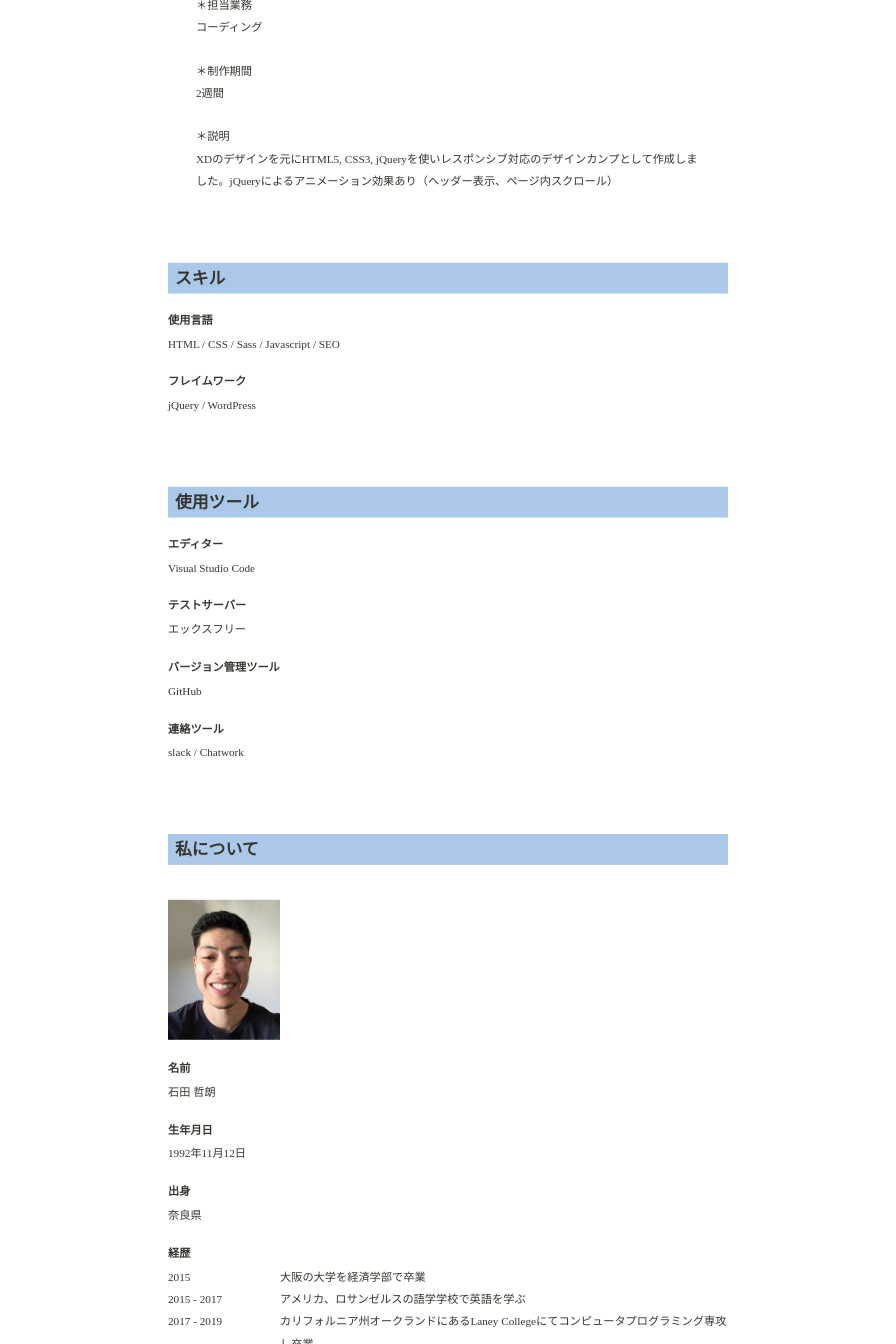
Repository: tetishi/my-portfolio
Page: index.html
These files come from the project's save history. The page is drawn as it stood at one moment and after the next save; the edit follows.
The browser window is 1280 px wide. The pictures show the part of the page from y = 4239 to 6159 px (the page is 6453 px tall before and 6485 px after), at 70% of full size.
The style sheet was rebuilt from its Sass, Less or Tailwind sources for each picture, by a compiler version that may differ from the author's.

Above is the page before, as saved 2023-08-06 15:39:00.

### index.html
<!DOCTYPE html>
<html lang="ja">

<head>
    <meta name="robots" content="noindex">
    <meta charset="UTF-8">
    <meta name="viewport" content="width=device-width, initial-scale=1.0">
    <meta http-equiv="X-UA-Compatible" content="ie=edge">
    <meta property="og:title" content="石田哲朗のポートフォリオ" />
    <meta property="og:type" content="website" />
    <meta property="og:url" content="#" />
    <meta property="og:image" content="#" />
    <meta property="og:site_name" content="ポートフォリオ" />
    <meta property="og:description" content="石田哲朗のポートフォリオです。過去の作品、スキル、使用ツール、自己紹介を掲載しております。" />
    <title>石田哲朗のポートフォリオ</title>
    <link rel="stylesheet" href="reset.css">
    <link rel="stylesheet" href="style.css">
    <link rel="icon" href="img/favicon.ico">
</head>

<body>
    <header>

    </header>

    <main>

        <section>
            <!-- ここ記入 -->
            <h1>ポートフォリオ<br class="d-none">（石田 哲朗）</h1>
            <p>お忙しい中 ご覧頂きありがとうございます。</p>
            <p>以下、過去の作品でございます。</p>
            <!-- ここ記入 -->
            <!-- <p>ベーシック認証がかかっているものは<br>ID aaa<br>パスワード aaa<br> です。</p> -->
        </section>
        <section>

            <h2>過去の作品</h2>
            <h3 class="sub-tit">LP作成</h3>

            <!-- １作品目 -->
            <div class="work">
                <!-- サイトのイメージ写真を入れます -->
                <picture>
                    <source srcset="img/munchkin.webp" type="image/webp">
                    <img src="img/munchkin.png">
                </picture>
                <!-- ここ記入 -->
                <p class="work_tit">MUNCHKIN</p>
                <!-- ここ記入 -->
                <p class="work_link"><a target="_blank" rel="noopener noreferrer" href="https://tetishi.github.io/munchkin2/">MUNCHKINへのリンク</a></p>
                <p class="details">＊担当業務</p>
                <p>コーディング</p>
                <p class="details">＊制作期間</p>
                <!-- ここ記入 -->
                <p>1週間</p>
                <p class="details">＊説明</p>
                <!-- ここ記入 -->
                <p>XDのデザインを元にHTML5, CSS3, jQueryを使いレスポンシブ対応のデザインカンプとして作成しました。jQueryによるアニメーション効果あり（ハンバーガーメニュー、スクロールボタン）</p>
            </div>

            <!-- 　２作品目 -->
            <div class="work">
                <!-- サイトのイメージ写真を入れます -->
                <picture>
                    <source srcset="img/start.webp" type="image/webp">
                    <img src="img/start.png">
                </picture>
                <!-- ここ記入 -->
                <p class="work_tit">START</p>
                <!-- ここ記入 -->
                <p class="work_link"><a target="_blank" rel="noopener noreferrer" href="https://tetishi.github.io/">STARTへのリンク</a></p>
                <p class="details">＊担当業務</p>
                <p>コーディング</p>
                <p class="details">＊制作期間</p>
                <!-- ここ記入 -->
                <p>1週間</p>
                <p class="details">＊説明</p>
                <!-- ここ記入 -->
                <p>XDのデザインを元にHTML5, CSS3, jQueryを使いレスポンシブ対応のデザインカンプとして作成しました。jQueryによるアニメーション効果あり（ハンバーガーメニュー）</p>
            </div>

            <!-- 　3作品目 -->
            <div class="work">
                <!-- サイトのイメージ写真を入れます -->
                <picture>
                    <source srcset="img/wdc.webp" type="image/webp">
                    <img src="img/wdc.png">
                </picture>
                <!-- ここ記入 -->
                <p class="work_tit">WDC</p>
                <!-- ここ記入 -->
                <p class="work_link"><a target="_blank" rel="noopener noreferrer" href="https://tetishi.github.io/wdc/">WDCへのリンク</a></p>
                <p class="details">＊担当業務</p>
                <p>コーディング</p>
                <p class="details">＊制作期間</p>
                <!-- ここ記入 -->
                <p>2週間</p>
                <p class="details">＊説明</p>
                <!-- ここ記入 -->
                <p>XDのデザインを元にHTML5, CSS3, jQueryを使いレスポンシブ対応のデザインカンプとして作成しました。jQueryによるアニメーション効果あり（ページ内スクロールボタン、トップに戻るボタン）</p>
            </div>

            <!-- 　4作品目 -->
            <div class="work">
                <!-- サイトのイメージ写真を入れます -->
                <picture>
                    <source srcset="img/cresta-design.webp" type="image/webp">
                    <img src="img/cresta-design.png">
                </picture>
                <!-- ここ記入 -->
                <p class="work_tit">Cresta Design</p>
                <!-- ここ記入 -->
                <p class="work_link"><a target="_blank" rel="noopener noreferrer" href="https://tetishi.github.io/cresta-design/">Cresta Designへのリンク</a></p>
                <p class="details">＊担当業務</p>
                <p>コーディング</p>
                <p class="details">＊制作期間</p>
                <!-- ここ記入 -->
                <p>2週間</p>
                <p class="details">＊説明</p>
                <!-- ここ記入 -->
                <p>XDのデザインを元にHTML5, CSS3, jQueryを使いレスポンシブ対応のデザインカンプとして作成しました。jQueryによるアニメーション効果あり（ハンバーガーメニュー、ページ内スクロールボタン）</p>
            </div>

            <!-- 　5作品目 -->
            <div class="work">
                <!-- サイトのイメージ写真を入れます -->
                <picture>
                    <source srcset="img/cresta-design.webp" type="image/webp">
                    <img src="img/cresta-design.png">
                </picture>
                <!-- ここ記入 -->
                <p class="work_tit">ENGBODY</p>
                <!-- ここ記入 -->
                <p class="work_link"><a target="_blank" rel="noopener noreferrer" href="https://tetishi.github.io/cresta-design/">ENGBODYへのリンク</a></p>
                <p class="details">＊担当業務</p>
                <p>コーディング</p>
                <p class="details">＊制作期間</p>
                <!-- ここ記入 -->
                <p>2週間</p>
                <p class="details">＊説明</p>
                <!-- ここ記入 -->
                <p>XDのデザインを元にHTML5, CSS3, jQueryを使いレスポンシブ対応のデザインカンプとして作成しました。jQueryによるアニメーション効果あり（ヘッダー表示、ページ内スクロール）</p>
            </div>



            <!-- <h3 class="sub-tit">コーポレイトサイト作成</h3> -->
            <!-- <div class="work"> -->
                <!-- サイトのイメージ写真を入れます -->
                <!-- <picture>
                    <source srcset="img/#" type="image/webp">
                    <img src="img/#">
                </picture> -->
                <!-- ここ記入 -->
                <!-- <p class="work_tit">ここに作品のタイトルを入れます</p> -->
                <!-- ここ記入 -->
                <!-- <p class="work_link"><a target="_blank" rel="noopener noreferrer" href="#">ここにリンクを入れます</a></p>
                <p class="details">＊担当業務</p>
                <p>コーディング</p>
                <p class="details">＊制作期間</p> -->
                <!-- ここ記入 -->
                <!-- <p>○週間</p>
                <p class="details">＊説明</p> -->
                <!-- ここ記入 -->
                <!-- <p>ここに説明文を入れます</p>
            </div> -->


        </section>
        <section>
            <h2>スキル</h2>
            <h3 class="info-tit">使用言語</h3>
            <p>HTML / CSS / Sass / Javascript / SEO </p>
            <h3 class="info-tit">フレイムワーク</h3>
            <p>jQuery / WordPress</p>
        </section>
        <section>
            <h2>使用ツール</h2>
            <h3 class="info-tit">エディター</h3>
            <p>Visual Studio Code</p>
            <h3 class="info-tit">テストサーバー</h3>
            <p>エックスフリー</p>
            <h3 class="info-tit">バージョン管理ツール</h3>
            <p>GitHub</p>
            <h3 class="info-tit">連絡ツール</h3>
            <p>slack / Chatwork</p>
        </section>
        <section>
            <h2>私について</h2>
            <!-- 自分の写真を入れます -->
            <img class="people" src="img/myself.jpeg">
            <h3 class="info-tit">名前</h3>
            <!-- ここ記入 -->
            <p>石田 哲朗</p>
            <h3 class="info-tit">生年月日</h3>
            <!-- ここ記入 -->
            <p>1992年11月12日</p>
            <h3 class="info-tit">出身</h3>
            <!-- ここ記入 -->
            <p>奈良県</p>
            <h3 class="info-tit">経歴</h3>
            <!-- ここ記入 -->
            <ul class="carrier-list">
                <li class="carrier-item">
                    <p class="carrier-year">2015</p>
                    <p class="carrier-content">大阪の大学を経済学部で卒業</p>
                </li>
                <li class="carrier-item">
                    <p class="carrier-year">2015 - 2017</p>
                    <p class="carrier-content">アメリカ、ロサンゼルスの語学学校で英語を学ぶ</p>
                </li>
                <li class="carrier-item">
                    <p class="carrier-year">2017 - 2019</p>
                    <p class="carrier-content">カリフォルニア州オークランドにあるLaney Collegeにてコンピュータプログラミング専攻し卒業</p>
                </li>
                <li class="carrier-item">
                    <p class="carrier-year">2019</p>
                    <p class="carrier-content">フリーランスのWebエンジニアとして活動</p>
                </li>
                <li class="carrier-item">
                    <p class="carrier-year">2019 - 2020</p>
                    <p class="carrier-content">プログラミングスクールにてRuby on Ralisなどを学び実際に業務としてWeb開発を実施</p>
                </li>
                <li class="carrier-item">
                    <p class="carrier-year">2021 ~</p>
                    <p class="carrier-content">ネットワークエンジニアとして勤務</p>
                </li>
                <li class="carrier-item">
                    <p class="carrier-year">2022 ~</p>
                    <p class="carrier-content">フリーランスのWebエンジニアとして活動中</p>
                </li>
            </ul>
        </section>



    </main>

    <footer>

    </footer>

</body>

</html>

### reset.css
/*
html5doctor.com Reset Stylesheet
v1.6.1
Last Updated: 2010-09-17
Author: Richard Clark - http://richclarkdesign.com
Twitter: @rich_clark
*/

html,
body,
div,
span,
object,
iframe,
h1,
h2,
h3,
h4,
h5,
h6,
p,
blockquote,
pre,
abbr,
address,
cite,
code,
del,
dfn,
em,
img,
ins,
kbd,
q,
samp,
small,
strong,
sub,
sup,
var,
b,
i,
dl,
dt,
dd,
ol,
ul,
li,
fieldset,
form,
label,
legend,
table,
caption,
tbody,
tfoot,
thead,
tr,
th,
td,
article,
aside,
canvas,
details,
figcaption,
figure,
footer,
header,
hgroup,
menu,
nav,
section,
summary,
time,
mark,
audio,
video {
    margin: 0;
    padding: 0;
    border: 0;
    outline: 0;
    font-size: 100%;
    vertical-align: baseline;
    background: transparent;
}

body {
    line-height: 1;
}

article,
aside,
details,
figcaption,
figure,
footer,
header,
hgroup,
menu,
nav,
section {
    display: block;
}

nav ul {
    list-style: none;
}

blockquote,
q {
    quotes: none;
}

blockquote:before,
blockquote:after,
q:before,
q:after {
    content: '';
    content: none;
}

a {
    margin: 0;
    padding: 0;
    font-size: 100%;
    vertical-align: baseline;
    background: transparent;
}


/* change colours to suit your needs */

ins {
    background-color: #ff9;
    color: #000;
    text-decoration: none;
}


/* change colours to suit your needs */

mark {
    background-color: #ff9;
    color: #000;
    font-style: italic;
    font-weight: bold;
}

del {
    text-decoration: line-through;
}

abbr[title],
dfn[title] {
    border-bottom: 1px dotted;
    cursor: help;
}

table {
    border-collapse: collapse;
    border-spacing: 0;
}


/* change border colour to suit your needs */

hr {
    display: block;
    height: 1px;
    border: 0;
    border-top: 1px solid #cccccc;
    margin: 1em 0;
    padding: 0;
}

input,
select {
    vertical-align: middle;
}


/*end reset css*/

### style.scss
$main-color: #AAC8E9;
img {
    width: 100%;
}

h1,
h2,
h3,
p {
    color: #37352F;
}

a {
    color: #7A7975;
}

h1 {
    font-size: 2.5rem;
    margin-bottom: 50px;
}

h2 {
    background-color: $main-color;
    font-size: 1.5rem;
    padding: 10px;
    margin-top: 100px;
}

p {
    line-height: 2;
}

.d-flex {
    display: flex;
}

.d-none {
    display: none;
}

.d-block {
    display: block;
}

header {
    height: 50px;
    width: 100%;
    position: fixed;
    top: 0;
    background-color: #ffffff;
    margin-bottom: 50px;
    display: flex;
    align-items: center;
    .logo {
        width: 150px;
    }
}

.header-inner {
    width: 90%;
    margin: 0 auto;
}

main {
    max-width: 800px;
    width: 80%;
    margin: 150px auto;
}

.sub-tit {
    margin-top: 70px;
    margin-bottom: -60px;
}

.info-tit {
    margin: 30px 0 10px 0;
}

.work {
    width: 90%;
    margin: 0 auto;
    margin-top: 100px;
    img {
        max-height: 300px;
        object-fit: contain;
        margin: 0 auto;
        margin-bottom: 30px;
        display: block;
    }
    .d-flex img {
        max-width: 450px;
        width: 70%;
    }
}

.details {
    margin-top: 30px;
}

.people {
    height: 200px;
    width: 20%;
    object-fit: cover;
    margin-top: 50px;
}

.carrier-item {
    display: flex;
    .carrier-year {
        white-space: nowrap;
        width: 20%;
    }
    .carrier-content {
        width: 80%;
    }
}

@media all and (max-width:650px) {
    main {
        width: 90%;
        margin: 100px auto;
    }
    .d-flex {
        display: block;
    }
    .d-none {
        display: block;
    }
    .d-block {
        display: none !important;
    }
    h1 {
        font-size: 2rem;
    }
    .people {
        display: block;
        width: 50%;
        margin: 0 auto;
        margin-top: 30px;
    }
    .carrier-item {
        display: block;
        padding: 10px 0;
        &:first-of-type {
            padding: 0 0 10px;
        }
        .carrier-year {
            width: 100%;
        }
        .carrier-content {
            width: 100%;
        }
    }
}

After the next save:
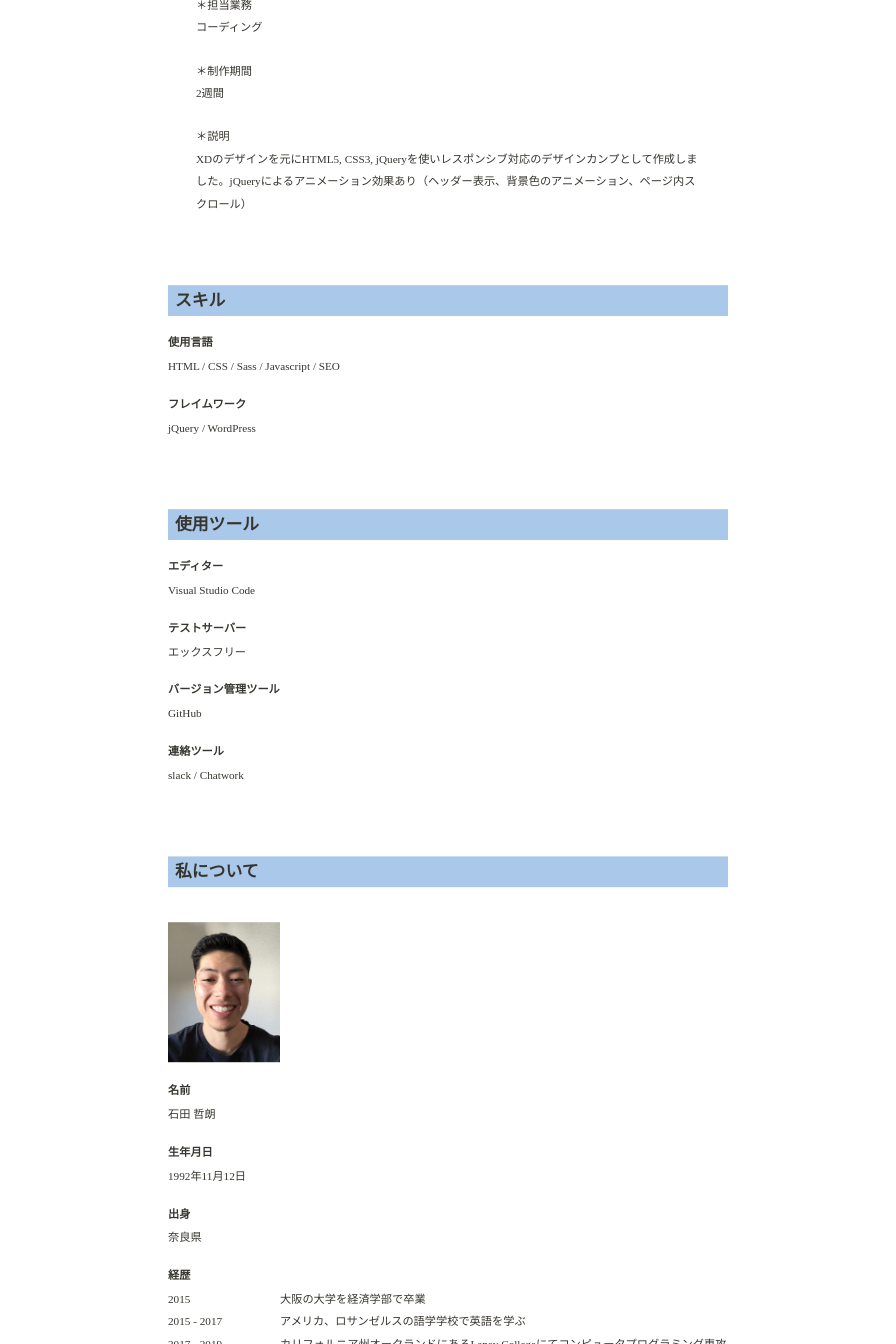
Saved 25 s later.
--- a/index.html
+++ b/index.html
@@ -140,7 +140,7 @@
                 <p>2週間</p>
                 <p class="details">＊説明</p>
                 <!-- ここ記入 -->
-                <p>XDのデザインを元にHTML5, CSS3, jQueryを使いレスポンシブ対応のデザインカンプとして作成しました。jQueryによるアニメーション効果あり（ヘッダー表示、ページ内スクロール）</p>
+                <p>XDのデザインを元にHTML5, CSS3, jQueryを使いレスポンシブ対応のデザインカンプとして作成しました。jQueryによるアニメーション効果あり（ヘッダー表示、背景色のアニメーション、ページ内スクロール）</p>
             </div>
 
 
